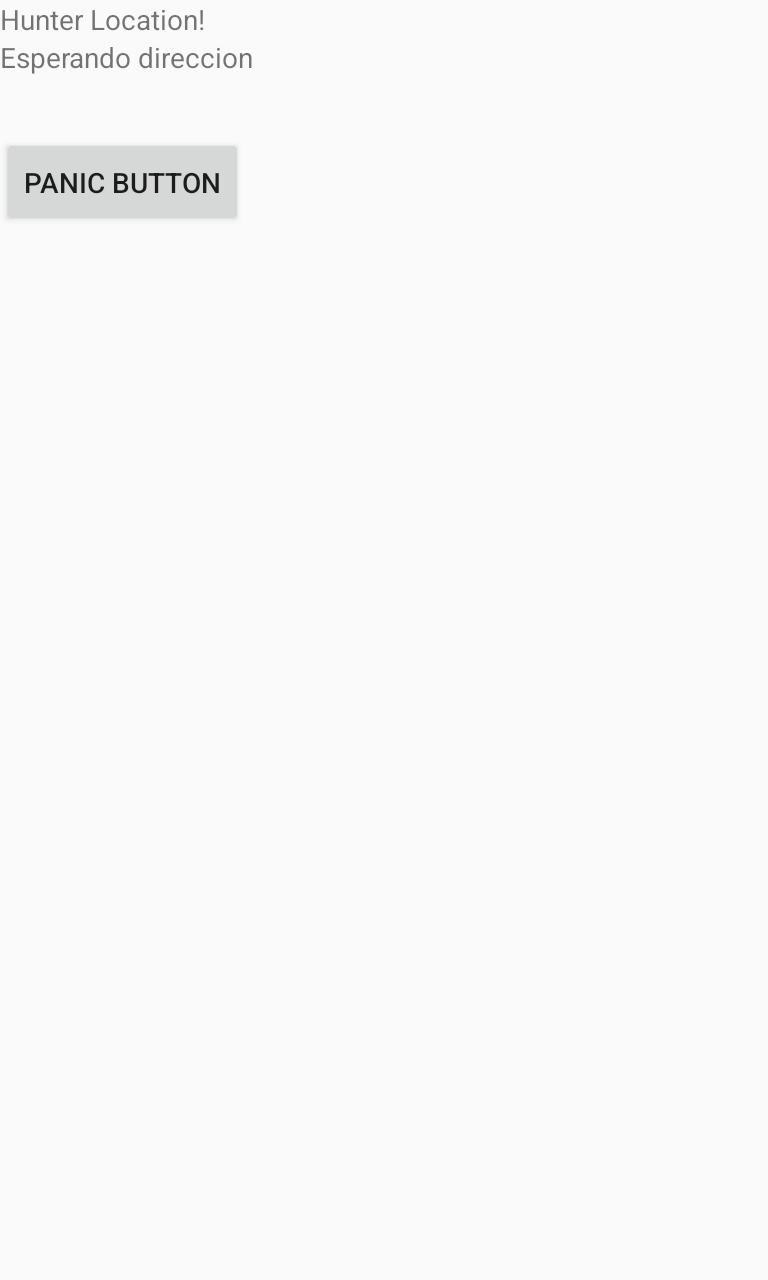
Repository: aludena18/android_apps
Layout: AlarmServiceLocation/res/layout/activity_main.xml
An editor plug-in stored every save of this project. The layout is shown before and after the next save, followed by the edit.
It is drawn on a 768 x 1280 px phone screen (xhdpi) without system bars, with theme AppTheme; the app's code is not run.

Above is the layout before, as saved 2015-07-15 14:35:54.

### AlarmServiceLocation/res/layout/activity_main.xml
<LinearLayout xmlns:android="http://schemas.android.com/apk/res/android"
    xmlns:tools="http://schemas.android.com/tools"
    android:layout_width="match_parent"
    android:layout_height="match_parent"
    android:orientation="vertical"
    tools:context="com.alg.alarmservicelocation.MainActivity" >

    <TextView
        android:layout_width="wrap_content"
        android:layout_height="wrap_content"
        android:text="@string/hello_world" />

    <LinearLayout
        android:layout_width="wrap_content"
        android:layout_height="wrap_content"
        android:orientation="horizontal" >
        <TextView
            android:id="@+id/txvDireccion"
            android:layout_width="wrap_content"
            android:layout_height="wrap_content"
            android:text="@string/etqTxvDireccion" />

        <ProgressBar
            android:id="@+id/progressBar1"
            android:layout_width="wrap_content"
            android:layout_height="wrap_content" />
    </LinearLayout>

    <Button
        android:id="@+id/btnPanic"
        android:layout_width="wrap_content"
        android:layout_height="wrap_content"
        android:text="@string/etqBtnPanic" />

</LinearLayout>

### AlarmServiceLocation/res/values/strings.xml
<?xml version="1.0" encoding="utf-8"?>
<resources>

    <string name="app_name">Alarm Service Location</string>
    <string name="hello_world">Hunter Location!</string>
    <string name="action_settings">Settings</string>

    <string name="etqBtnPanic">Panic Button</string>
    <string name="etqTxvDireccion">Esperando direccion</string>

</resources>

Loaded but not shown: AlarmServiceLocation/res/values/styles.xml (common file); AlarmServiceLocation/res/values-v11/styles.xml (common file); AlarmServiceLocation/res/values-v14/styles.xml (common file)

After the next save:
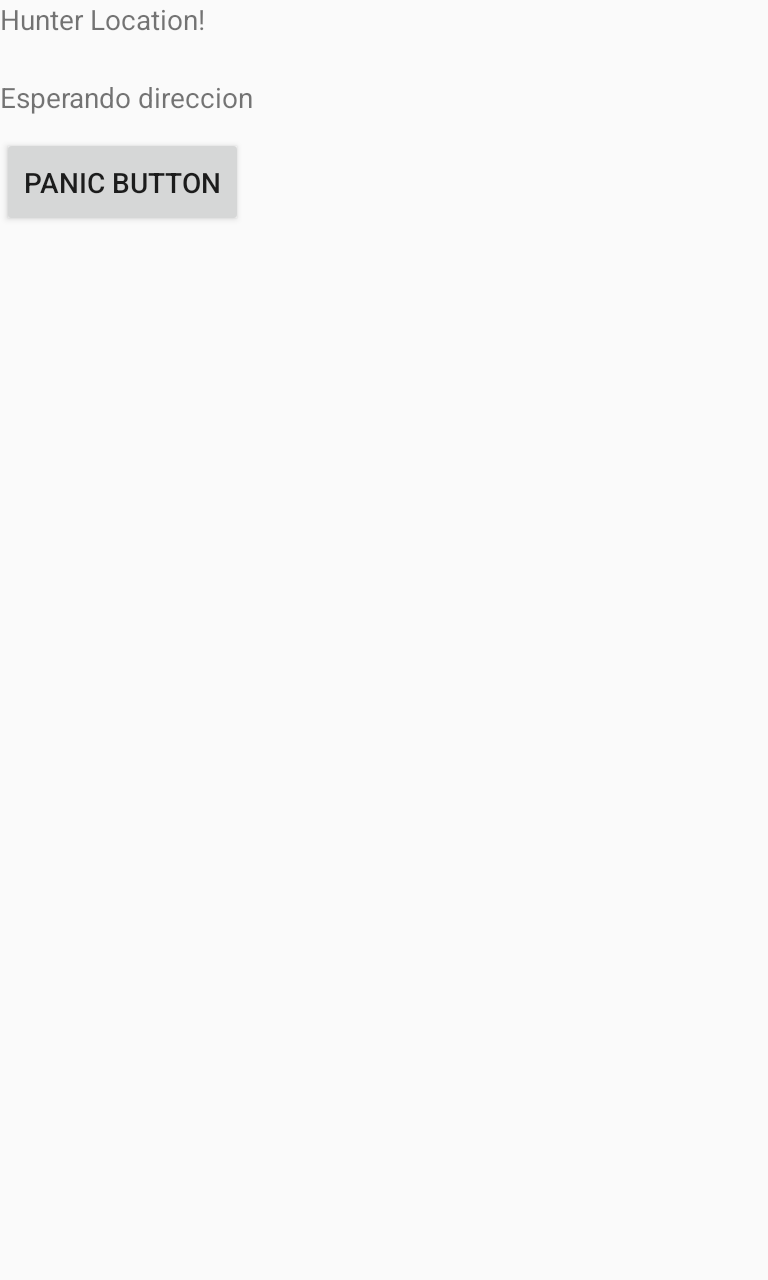
Saved 53 s later.
--- a/AlarmServiceLocation/res/layout/activity_main.xml
+++ b/AlarmServiceLocation/res/layout/activity_main.xml
@@ -16,6 +16,7 @@
         android:orientation="horizontal" >
         <TextView
             android:id="@+id/txvDireccion"
+            android:layout_marginTop="20dp"
             android:layout_width="wrap_content"
             android:layout_height="wrap_content"
             android:text="@string/etqTxvDireccion" />
